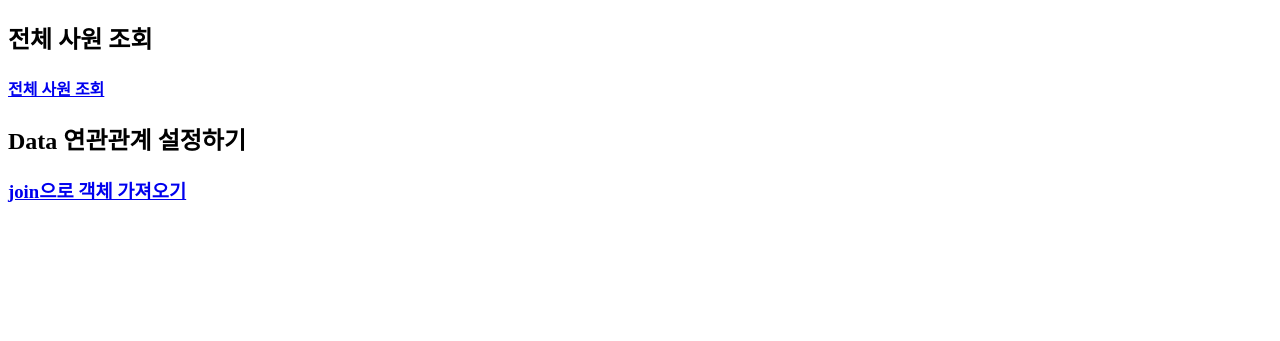
Repository: HSH-1616/JavaAcademy
Page: http://localhost/02_mybatis_dy/
An editor plug-in stored every save of this project. The page is shown before and after the next save, followed by the edit.
The browser window is 1280 px wide. The pictures show the whole page.
The page is served by Tomcat 9.

Above is the page before, as saved 2023-07-08 12:40:46.

After the next save:
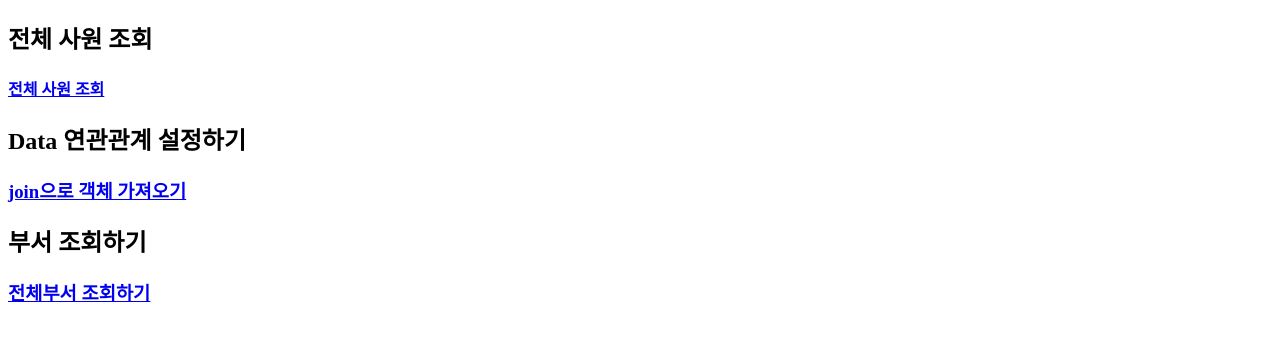
Saved 2 min 25 s later.
--- a/BackEnd/MyBatis/MyBatisWork/02_mybatis_dy/src/main/webapp/index.jsp
+++ b/BackEnd/MyBatis/MyBatisWork/02_mybatis_dy/src/main/webapp/index.jsp
@@ -19,5 +19,11 @@
 	<h3>
 		<a href="${path}/emp/association.do">join으로 객체 가져오기</a>
 	</h3>
+
+	<h2>부서 조회하기</h2>
+	<h3>
+		<a href="${path}/selectDeptAll.do">전체부서 조회하기</a>
+	</h3>
+
 </body>
 </html>
